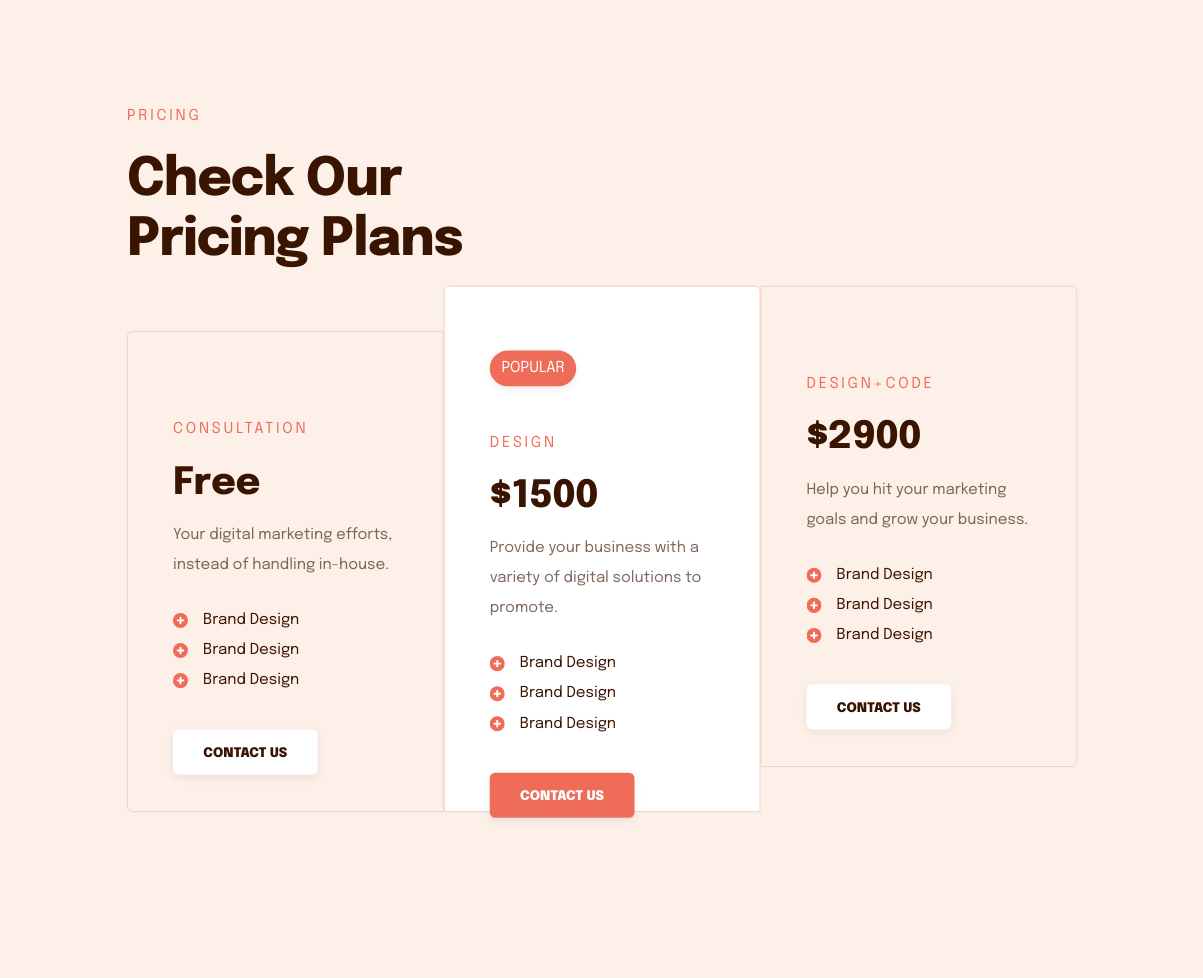
Repository: simralgasimov/pricing
Page: index.html
An editor plug-in stored every save of this project. The page is shown before and after a run of saves, followed by the edit.
The browser window is 1280 px wide. The pictures show the whole page, at 94% of full size.

Above is the page before, as saved 2023-09-11 13:21:08.

After the next 4 saves:
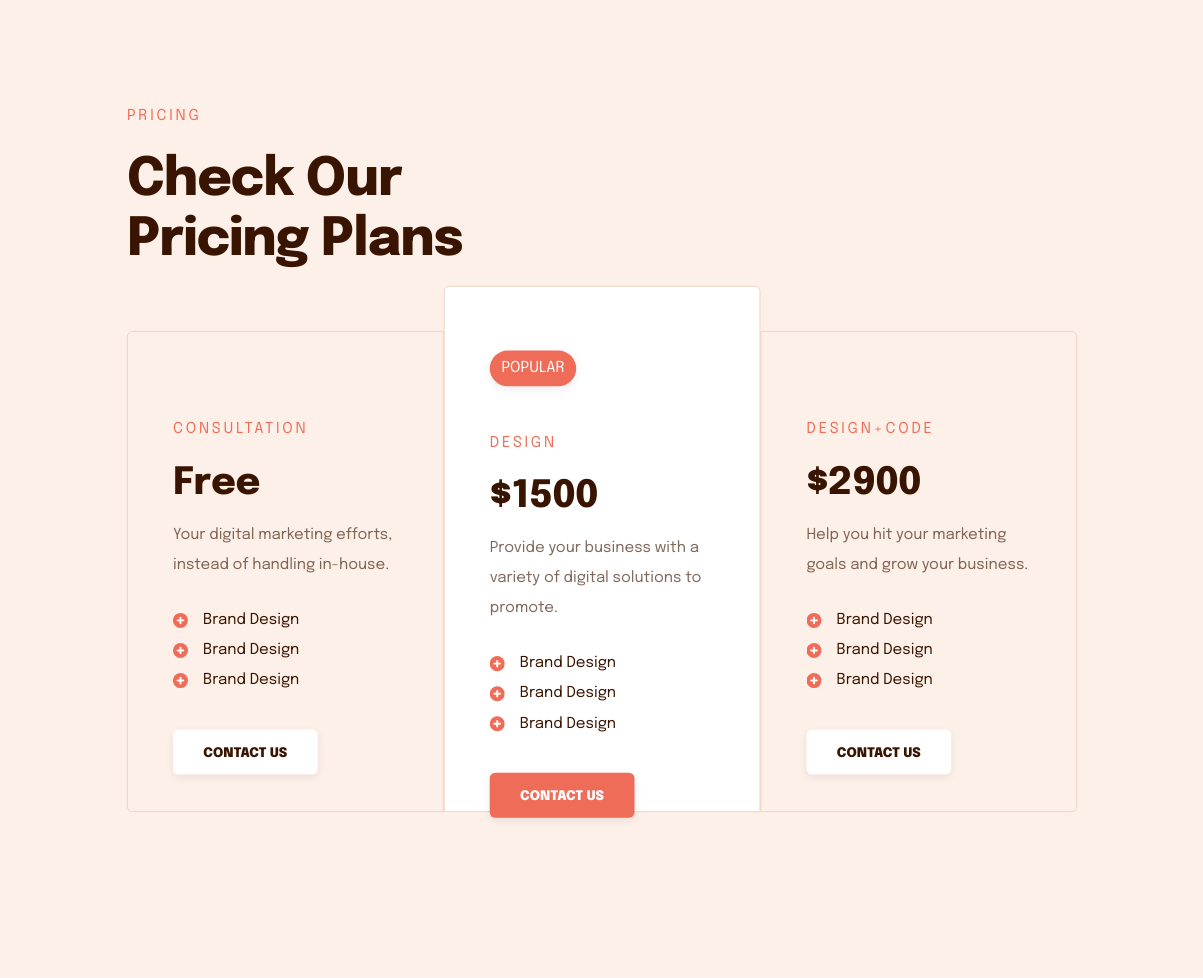
The 4 saves are shown as one change because they came seconds apart.
The last was saved 15 s later.
--- a/index.css
+++ b/index.css
@@ -48,12 +48,11 @@
 .container .box-container .box:nth-child(2) {
   height: 560px;
 }
-.container .box-container .box:first-child{
+.container .box-container .box:first-child
+,.container .box-container .box:last-child{
 margin-top: 48px;
 }
-.container .box-container .box:nth-child(2) {
-  height: 560px;
-}
+
 
 .container .box-container .box h3 {
   margin-top: 44px;
